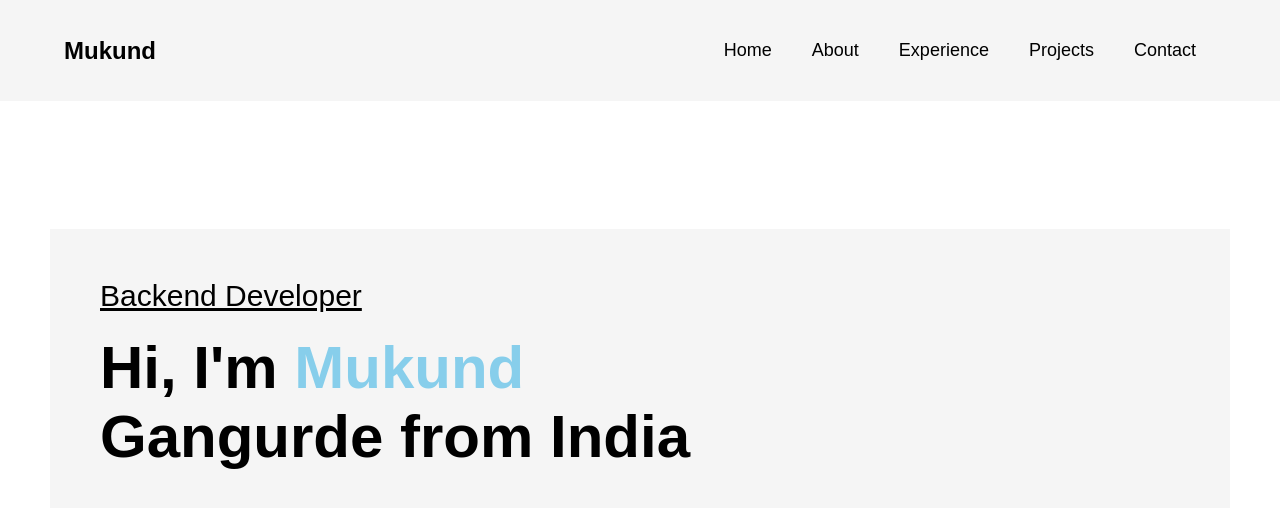
Repository: mukundgangurde/expense-tracker
Page: index.html
These files come from the project's save history. The page is drawn as it stood at one moment and after the next save; the edit follows.
The browser window is 1280 px wide. The pictures show the whole page.

Above is the page before, as saved 2025-11-02 22:42:09.

After the next save:
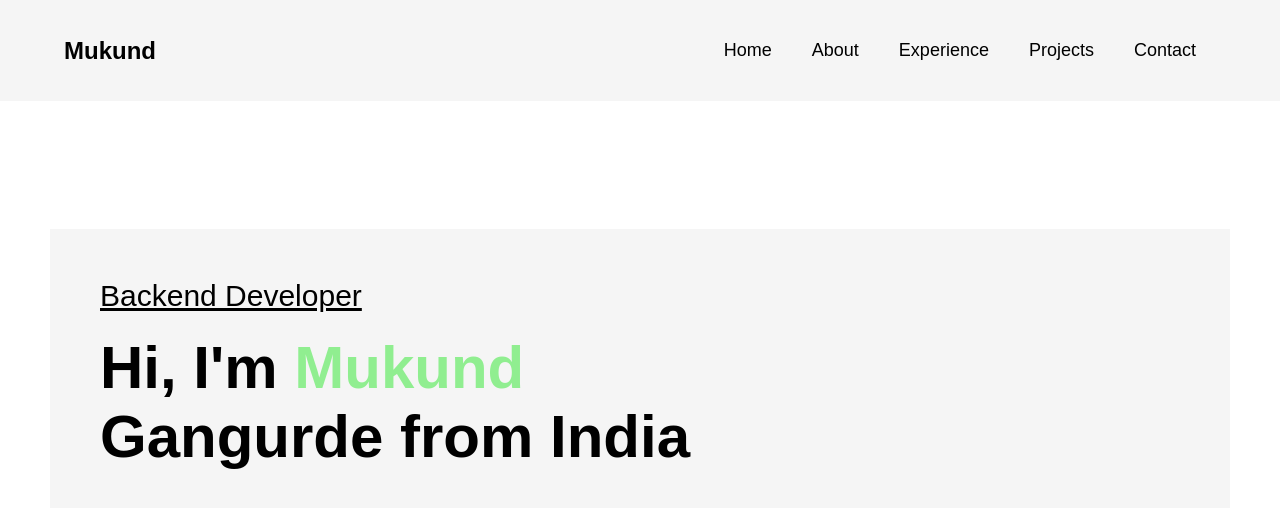
Saved 8 s later.
--- a/style.css
+++ b/style.css
@@ -67,5 +67,5 @@ nav ul li a {
 }
 
 .header-text h1 span {
-  color: skyblue;
+  color: lightgreen;
 }
